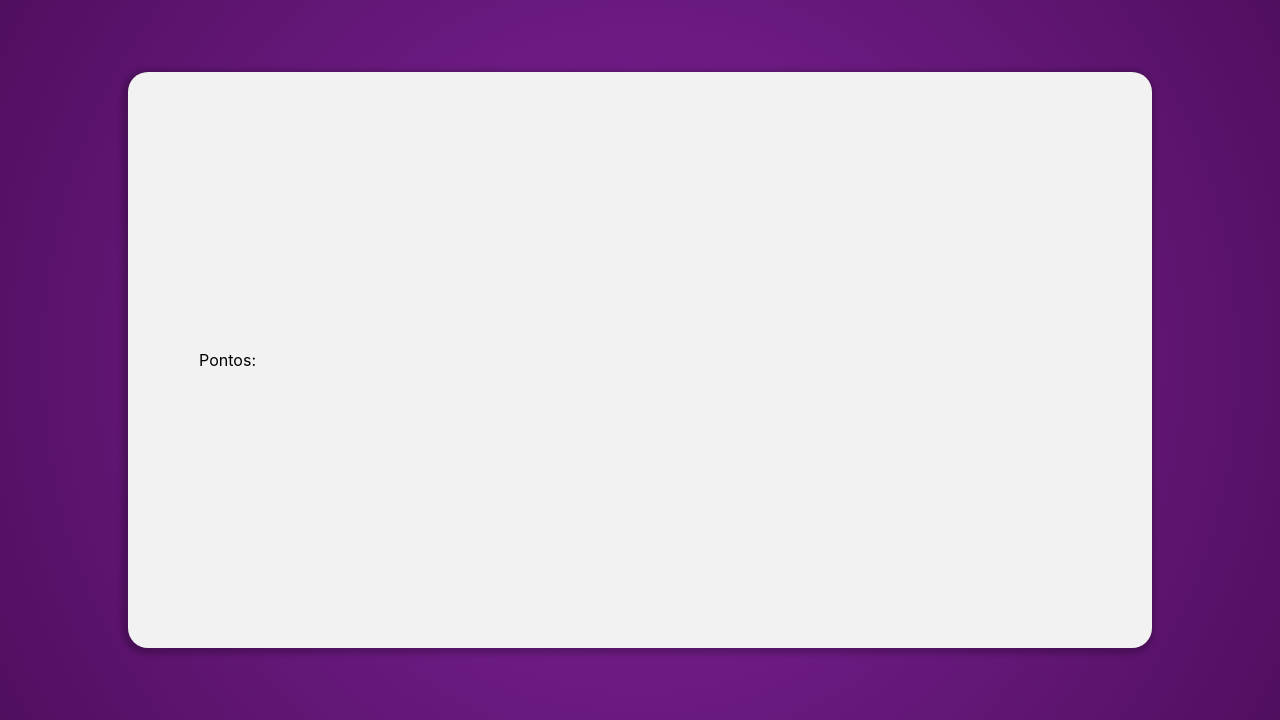
Repository: gabrielejandres/bd-final-project
Page: /play (app in frontend/)
The author's editor kept a copy of each file at every save. The page is drawn from the files as they stood at one save, then again after the next save.
The browser window is 1280 px wide. The pictures show the whole page.
The project was rebuilt for these pictures with package versions that can differ from the ones it lists, and the page was loaded fresh each time. Also part of the build but not shown: frontend/src/App.css, frontend/src/components/Button/index.jsx, frontend/src/components/Logo/style.css, frontend/src/components/Logo/index.jsx, frontend/src/components/Footer/Login/index.jsx, frontend/src/pages/Login/index.jsx, frontend/src/components/Footer/Home/style.css, frontend/src/components/Footer/Home/index.jsx and 1 more.

Above is the page before, as saved 2022-03-05 21:24:55.

After the next save:
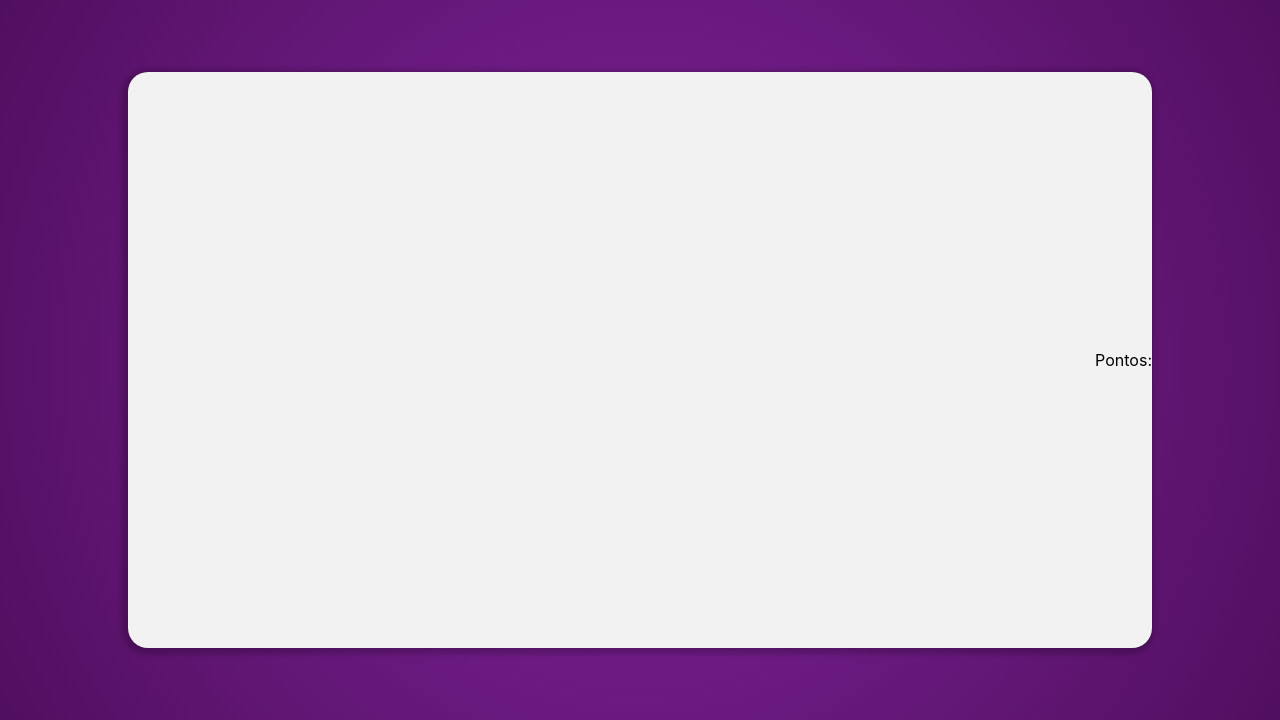
Saved 6 s later.
--- a/frontend/src/pages/Play/style.css
+++ b/frontend/src/pages/Play/style.css
@@ -12,5 +12,5 @@
 
 .score{
   position: absolute;
-  right: 80vw;
+  right: 10vw;
 }
